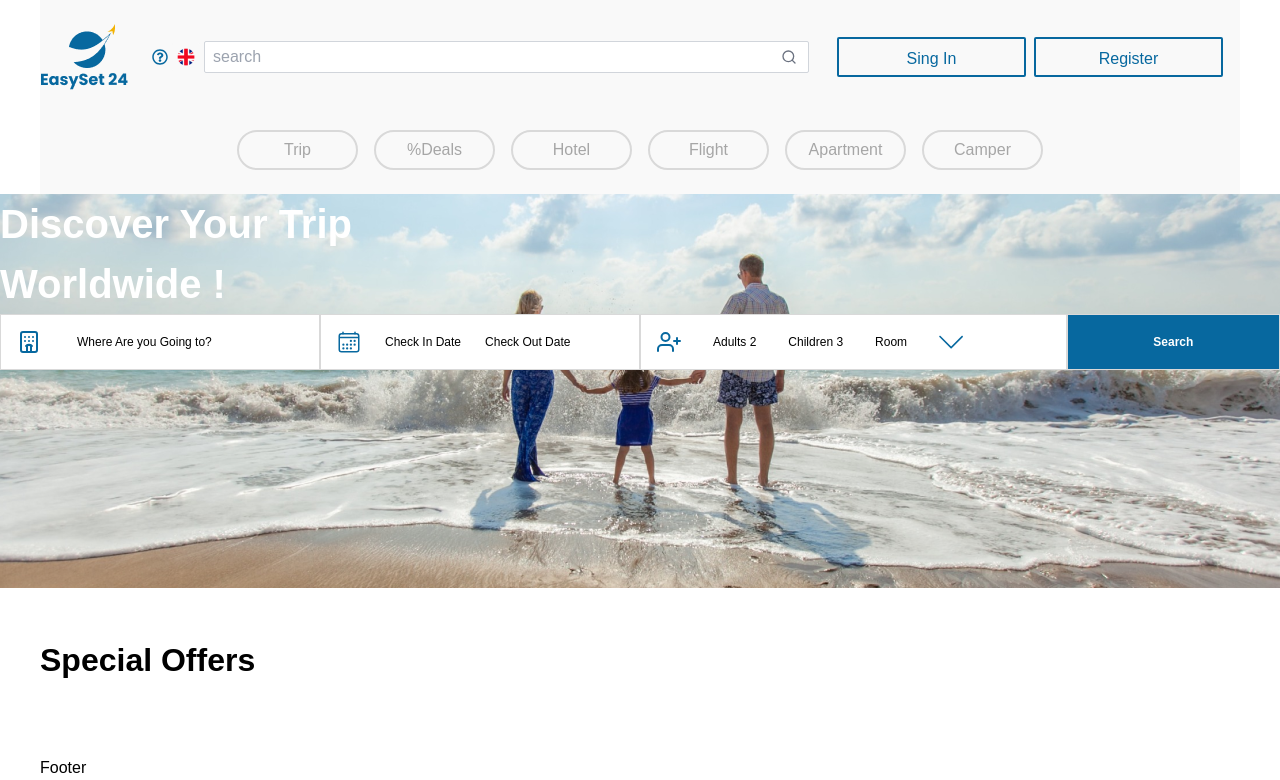
Repository: Quynhhuong150322/DIKO_STUDY_TRAVEL_WEB
Page: /
The author's editor kept a copy of each file at every save. The page is drawn from the files as they stood at one save, then again after the next save.
The browser window is 1280 px wide. The pictures show the whole page.
The project was rebuilt for these pictures with package versions that can differ from the ones it lists, and the page was loaded fresh each time. Also part of the build but not shown: src/components/Login.js, src/components/Register.js. Imported but missing from the stored project, and not drawn on this page: src/redux/slices/authSlice.

Above is the page before, as saved 2024-02-23 09:45:30.

### src/index.css
@tailwind base;
@tailwind components;
@tailwind utilities;

@import url("https://fonts.googleapis.com/css2?family=Poppins:wght@100;300;400;500;600&display=swap");

@layer base {
  html {
    font-family: "Poppins", sans-serif;
  }
  * {
    margin: 0;
    padding: 0;
    box-sizing: border-box;
    scroll-behavior: smooth;
    /* background-color: #F9F9F9; */
  }
}

@layer components {
  .max-container {
    max-width: 1260px;
    /* min-height: 100vh; */
    margin: 0 auto;
    padding: 0 30px;
    /* display: flex; */
    /* flex-direction: column; */
    justify-content: space-between;
  }
  .button {
    width: 189px;
    height: 40px;
    border-style: solid;
    border-width: 2px;
    border-color: #07689F;
    color: #07689F;
  }
  .tabMenu {
    width: 121px;
    height: 40px;
    color: #D9D9D9;
    border-style: solid;
    border-width: 2px;
    border-color: #D9D9D9;
    color: #D9D9D9;
    border-radius: 9999px;
  }
  .tabSearch {
    /* max-width: 1190px; */
    height: 56px;
    border-style: solid;
    border-width: 1px;
    border-color: #D9D9D9;
    padding: 0 16px;
    font-size: 12px;
  }
  /* .text_h2 {
    font-size: 32px;
    font-style: bold;
  } */
}

### src/App.js
import React from "react";
import Navbar from "./components/Navbar";
import Footer from "./components/Footer";
import AppRoutes from "./routes/AppRoutes";
import { BrowserRouter as Router } from "react-router-dom";

const App = () => {
  return (
    <Router>
      <div className="">
        <div className="max-container">
          <Navbar />
        </div>
        <div>
          <AppRoutes />
        </div>
        <div className="max-container">
          <Footer />
        </div>
      </div>
    </Router>
  );
};

export default App;

### src/redux/store.js
import { configureStore } from "@reduxjs/toolkit";
import authReducer from "./slices/authSlice";

export const store = configureStore({
  reducer: {
    users: authReducer,
  },
});

### src/components/Navbar.js
import React from 'react'
import Logo from '../assets/images/Header/Logo.png'
import EL from '../assets/images/Header/England.png'
import { FaRegQuestionCircle } from "react-icons/fa";
import { LuSearch } from "react-icons/lu";

const MenuData = [
    {
        id: 1,
        name: 'Trip',
    },
    {
        id: 2,
        name: '%Deals',
    },
    {
        id: 3,
        name: 'Hotel',
    },
    {
        id: 4,
        name: 'Flight',
    },
    {
        id: 5,
        name: 'Apartment',
    },
    {
        id: 6,
        name: 'Camper',
    },
]

const Navbar = () => {
    return (
        <div className='bg-neutral py-[24px]'>
            <div className="flex flex-col gap-10">
                {/* Header Section  */}
                <div className='flex gap-2 items-center'>
                    <img src={Logo} alt="" />
                    <div className='flex gap-7 items-center'>
                        <div className="flex gap-1 items-center">
                            <FaRegQuestionCircle className='text-primary' />
                            <img src={EL} alt="" className='w-7 h-7' />
                            {/* Search  */}
                            <div className="relative flex items-center">
                                <input
                                    type="text"
                                    placeholder="search"
                                    className="w-[605px] h-[32px] rounded-sm border border-gray-300 px-2 py-1 focus:outline-none focus:border-1 focus:border-primary"
                                />
                                <LuSearch className="text-gray-500 group-hover:text-primary absolute top-1/2 -translate-y-1/2 right-3 cursor-pointer" />
                            </div>
                        </div>
                        <div className='flex gap-2 items-center'>
                            <button className='button border-primary bg-neutral hover:scale-105 py-2 px-4 rounded-sm'>
                                Sing In
                            </button>
                            <button className='button border-primary bg-neutral hover:scale-105 py-2 px-4 rounded-sm'>
                                Register
                            </button>
                        </div>
                    </div>
                    <div>
                    </div>
                </div>
                {/* Upper Nav  */}
                <div className=''>
                    <div className=' '>
                        <ul className='flex justify-center gap-4'>
                            {
                                MenuData.map((data) => (
                                    <button key={data.id} className='text-pri tabMenu focus:bg-primary focus:text-white focus:font-bold focus:border-primary inline-block hover:text-primary' >
                                        {data.name}
                                    </button>
                                ))
                            }
                        </ul>
                    </div>
                </div>
            </div>
        </div>
    )
}

export default Navbar

### src/routes/AppRoutes.js
import React from "react";
import { Switch, Route } from "react-router-dom";
import Login from "../components/Login";
import Register from "../components/Register";
import Langding from "../pages/LangdingPage/Langding";
const AppRoutes = () => {
  return (
    <div>
      <Switch>
        <Route path="/login">
          <Login />
        </Route>
        <Route path="/register">
          <Register />
        </Route>
        <Route path="/" exact>
          <Langding />
        </Route>
        <Route path="*">
          <div className="">404 not Error...</div>
        </Route>
      </Switch>
    </div>
  );
};

export default AppRoutes;

### src/pages/LangdingPage/Langding.js
import React from 'react'
import Picture from '../../assets/images/LangdingPage/Picture.png'
import { LuHotel } from "react-icons/lu";
import { IoCalendarOutline } from "react-icons/io5";
import { SlArrowDown } from "react-icons/sl";
import { FiUserPlus } from "react-icons/fi";

const BannerImg = {
  backgroundImage: `url(${Picture})`,
  backgroundPosition: "center",
  backgroundRepeat: "no-repeat",
  backgroundSize: "cover",
  height: "394px",
  width: "100%",
};


const Langding = () => {
  return (
    <div >
      {/* Discover Trip  */}
      <div className=' background ' style={BannerImg}>
        <div className=' '>
          <h1 className='text-3xl w-1/3 font-bold text-white bg-opacity-0'>
            Discover Your Trip Worldwide !
          </h1>
          <div class="flex flex-row  bg-white">
            <div class="basis-1/4 tabSearch flex gap-9 items-center">
              <LuHotel className='text-primary' size={24} />
              <p className=''>
                Where Are you Going to?
              </p>
            </div>
            <div class="basis-1/4 tabSearch flex gap-6 items-center">
              <IoCalendarOutline size={24} className='text-primary' />
              <p className=''>
                Check In Date
              </p>
              <p className=''>
                Check Out Date
              </p>
            </div>
            <div class="basis-1/3 tabSearch flex gap-8 items-center">
              <FiUserPlus size={24} className='text-primary' />
              <p className=''>
                Adults 2
              </p>
              <p className=''>
                Children 3
              </p>
              <p className=''>
                Room
              </p>
              <SlArrowDown size={24} className='text-primary' />
            </div>
            <div class="basis-1/6  tabSearch bg-primary flex justify-center items-center">
              <p className='font-bold text-white'>Search</p>
            </div>
          </div>
        </div>
      </div>
      {/* Special Offers */}
      <div className='max-container py-12'>
        <div className=''>
          <h2 className='text-2xl font-bold'>Special Offers</h2>
          <div className=''>
            <input type="checkbox" class="appearance-none checked:bg-blue-500 " />
          </div>
        </div>
      </div>
    </div>
  )
}

export default Langding

### tailwind.config.js
/** @type {import('tailwindcss').Config} */
module.exports = {
  content: ["./src/**/*.{js,jsx,ts,tsx}"],
  theme: {
    extend: {
      colors: {
        primary: "#07689F",
        secondary: "#D9D9D9",
        neutral: "#F9F9F9",
        pri: "#A6A6A6",
      },
      fontSize: {
        sm: '12px',
        base: '16px',
        xl: '20px',
        '2xl': '32px',
        '3xl': '40px',
        '4xl': '44px',
        // '5xl': '3.052rem',
      },
    },
  },
  plugins: [],
};

Loaded but not shown: public/index.html (common file); src/index.js (common file); src/reportWebVitals.js (common file); src/components/Footer.js (common file)

After the next save:
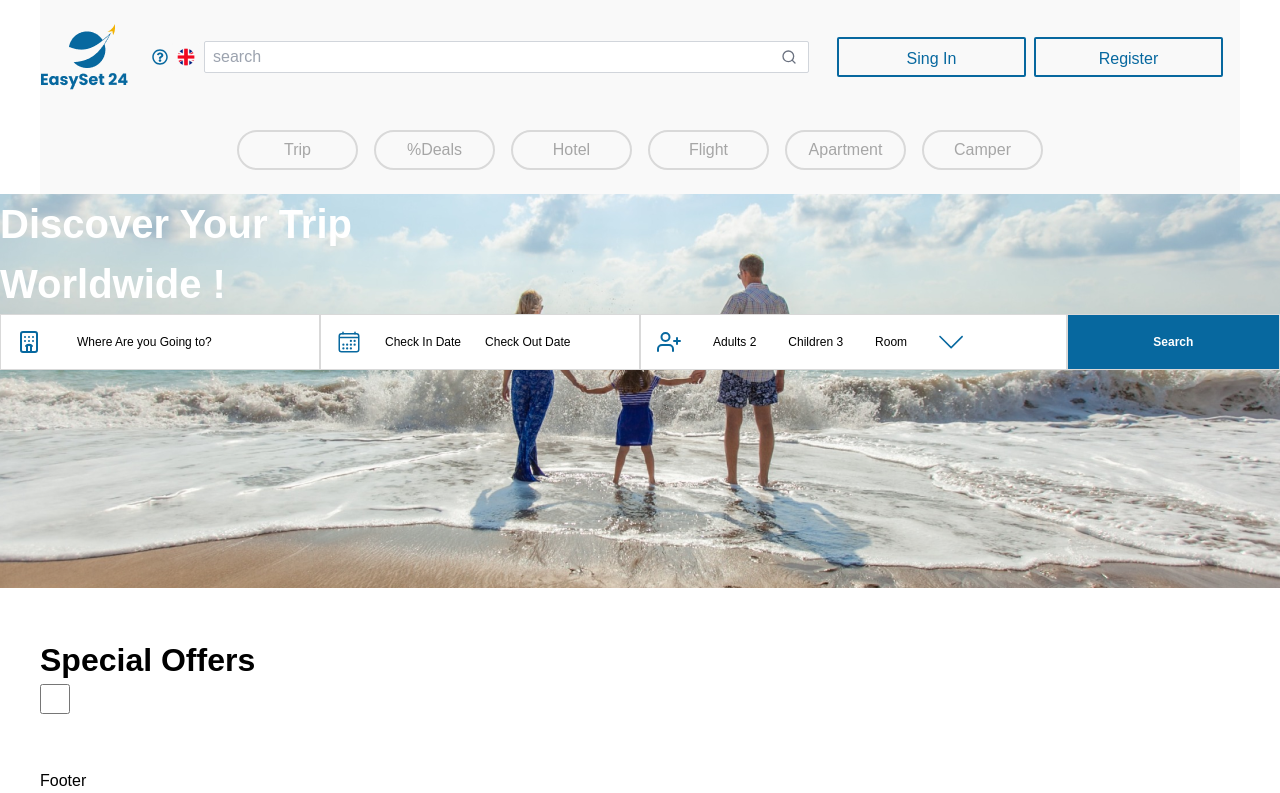
Saved 2 min 15 s later.
--- a/src/pages/LangdingPage/Langding.js
+++ b/src/pages/LangdingPage/Langding.js
@@ -65,6 +65,10 @@ const Langding = () => {
           <h2 className='text-2xl font-bold'>Special Offers</h2>
           <div className=''>
             <input type="checkbox" class="appearance-none checked:bg-blue-500 " />
+            <input
+              type="checkbox"
+              className="w-[30px] h-[30px] rounded-sm border border-gray-300 px-2 py-1 focus:outline-none focus:border-1 focus:border-primary"
+            />
           </div>
         </div>
       </div>
